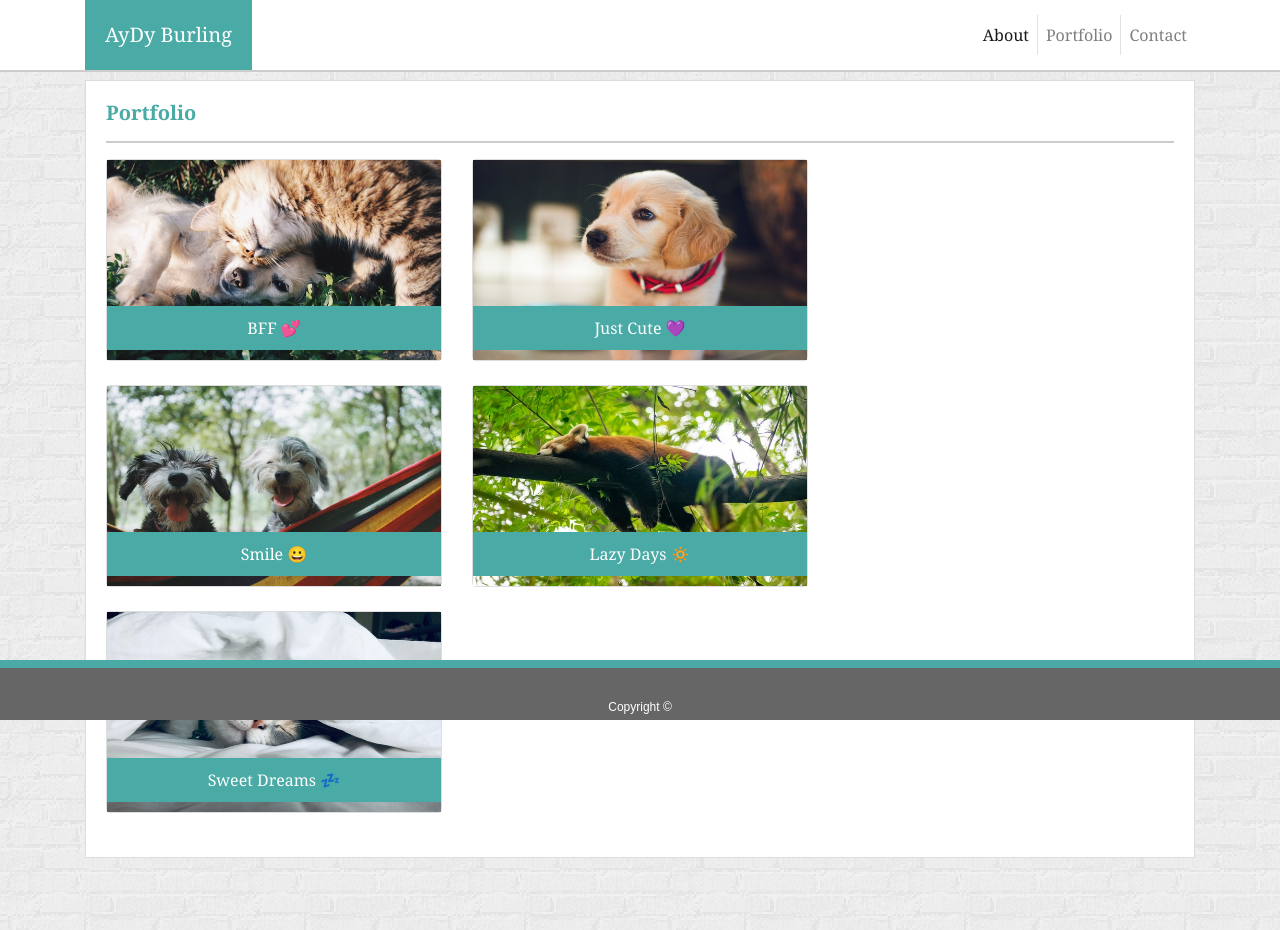
Repository: Dee1985/AyDy-Burling-prework
Page: Module-1_Assessment/portfolio.html
An editor plug-in stored every save of this project. The page is shown before and after the next save, followed by the edit.
The browser window is 1280 px wide. The pictures show the whole page.

Above is the page before, as saved 2020-05-22 23:02:28.

### Module-1_Assessment/portfolio.html
<!DOCTYPE html>
<html lang="en">
  <head>
    <meta charset="UTF-8" />
    <meta name="viewport" content="width=device-width, initial-scale=1.0" />
    <meta http-equiv="X-UA-Compatible" content="ie=edge" />
    <title>Portfolio</title>
    <link rel="stylesheet" href="assets/css/reset.css" />
    <link
      rel="stylesheet"
      href="https://stackpath.bootstrapcdn.com/bootstrap/4.3.1/css/bootstrap.min.css"
      integrity="sha384-ggOyR0iXCbMQv3Xipma34MD+dH/1fQ784/j6cY/iJTQUOhcWr7x9JvoRxT2MZw1T"
      crossorigin="anonymous"
    />
    <link rel="stylesheet" href="assets/css/style.css" />
  </head>
  <body>
    <nav class="navbar navbar-light navbar-expand-lg p-0 card-gallery ">
      <div class="container">
        <a href="# "class="navbar-brand text-white"
          >AyDy Burling</a>
          <button
              class="navbar-toggler"
              type="button"
              data-toggle="collapse"
              data-target="#navbarTogglerDemo02"
              aria-controls="navbarTogglerDemo02"
              aria-expanded="false"
              aria-label="Toggle navigation"
            >
              <span class="navbar-toggler-icon"></span>
            </button>
            <div class="collapse navbar-collapse" id="navbarTogglerDemo02">
              <ul class="navbar-nav ml-auto mt-2 mt-lg-0">
                <li class="nav-item active">
                  <a class="nav-link border-right" href="index.html">About</a>
                </li>
                <li class="nav-item">
                  <a class="nav-link border-right" href="#">Portfolio</a>
                </li>
                <li class="nav-item">
                  <a class="nav-link" href="contact.html" tabindex="-1">Contact</a>
                </li>
              </ul>
            </div>
          </nav>

    <section class="card-gallery">
      <div class="container">
        <div class="row">
          <div class="col mb-4 mt-2">
            <div class="card rounded-0 mb-5">
              <div class="card-body">
              <h5 class="card-title">Portfolio</h5>
              <hr />
              <!-- start of cards -->
            <div class="row justify-content-start">
              <!-- first card -->
                <div class="col-4 mb-4">
                            <div class="card text-white">
                                <img src="assets/img/krista-mangulsone-9gz3wfHr65U-unsplash.jpg" width="100%" height="200" alt="cat and dog cuddles">
                                <div class="card-heading text-center">
                                    BFF 💕
                                </div>
                            </div>
                        </div>
               <!-- second card -->
                <div class="col-4 mb-4">
                            <div class="card text-white">
                                <img src="assets/img/berkay-gumustekin-ngqyo2AYYnE-unsplash.jpg" width="100%" height="200" alt="puppy pic">
                                <div class="card-heading text-center">
                                    Just Cute 💜
                                </div>
                            </div>
                  </div>
            </div>
               <!-- third card -->
            <div class="row">
              <div class="col-4 mb-4">
                            <div class="card text-white">
                                <img src="assets/img/alvan-nee-FHl79chXS6s-unsplash.jpg" width="100%" height="200px" alt="two dogs smiling">
                                <div class="card-heading text-center">
                                    Smile 😀
                                </div>
                            </div>
                        </div>
               <!-- fourth card -->
                   <div class="col-4 mb-4">
                            <div class="card text-white">
                                <img src="assets/img/chris-curry-GYpsSWHslHA-unsplash.jpg" width="100%" height="200px" alt="animal sleeping on branch">
                                <div class="card-heading text-center">
                                    Lazy Days 🔅
                                </div>
                            </div>
                        </div>
                        </div>
               <!-- fifth card -->
               <div class="row justify-content-start">
                   <div class="col-4 mb-4">
                            <div class="card text-white">
                                <img src="assets/img/kate-stone-matheson-uy5t-CJuIK4-unsplash.jpg" width="100%" height="200px" alt="cat under a blanket">
                                <div class="card-heading text-center">
                                    Sweet Dreams 💤
                                </div>
                            </div>
                        </div>
                        </div>

            </div>
              </div>
            </div>
          </div>
        </div>
      </div>
    </section>
    <footer>
      <div class="fixed text-center text-white"> Copyright &copy;</div>
    </footer>

    <script
      src="https://code.jquery.com/jquery-3.3.1.slim.min.js"
      integrity="sha384-q8i/X+965DzO0rT7abK41JStQIAqVgRVzpbzo5smXKp4YfRvH+8abtTE1Pi6jizo"
      crossorigin="anonymous"
    ></script>
    <script
      src="https://cdnjs.cloudflare.com/ajax/libs/popper.js/1.14.7/umd/popper.min.js"
      integrity="sha384-UO2eT0CpHqdSJQ6hJty5KVphtPhzWj9WO1clHTMGa3JDZwrnQq4sF86dIHNDz0W1"
      crossorigin="anonymous"
    ></script>
    <script
      src="https://stackpath.bootstrapcdn.com/bootstrap/4.3.1/js/bootstrap.min.js"
      integrity="sha384-JjSmVgyd0p3pXB1rRibZUAYoIIy6OrQ6VrjIEaFf/nJGzIxFDsf4x0xIM+B07jRM"
      crossorigin="anonymous"
    ></script>
  </body>
</html>

### Module-1_Assessment/assets/css/style.css
* {
	box-sizing: border-box;
	margin: 0;
	padding: 0;
}

section {
	/* https://www.toptal.com/designers/subtlepatterns/?s=brick */
	background-image: url('../img/brickwall_@2X.png');
	background-position: center;
}

nav {
	font-family: Cambria, Cochin, Georgia, Times, 'Times New Roman', serif;
}

.btn {
	background-color: #4aaaa5;
	border-color: #4aaaa5;
}
.navbar {
	border-bottom: 2px solid #cccccc;
}
a.navbar-brand {
	background-color: #4aaaa5;
	padding: 20px;
	margin: 0;
}
hr {
	border-top: 2px solid;
	border-color: #cccccc;
}

.card {
	font-family: Arial, Helvetica, sans-serif;
	border-color: #dddddd;
	height: auto;
}
.card-title {
	font-size: 20px;
	color: #4aaaa5;
	font-family: Cambria, Cochin, Georgia, Times, 'Times New Roman', serif;
	font-weight: bold;
}
.card-heading {
	background-color: #4aaaa5;
	font-size: 16px;
	font-family: Cambria, Cochin, Georgia, Times, 'Times New Roman', serif;
	position: absolute;
	bottom: 5%;
	width: 100%;
	padding-top: 10px;
	padding-bottom: 10px;
}

footer {
	position: fixed;
	left: 0;
	bottom: 0;
	width: 100%;
	border-top: 8px solid #4aaaa5;
	background-color: #666666;
	color: #ffffff;
	font-family: Arial, 'Helvetica Neue', Helvetica, sans-serif;
	font-size: 12px;
	height: 60px;
	padding-top: 30px;
}

Loaded but not shown: Module-1_Assessment/assets/css/reset.css (common file)

After the next save:
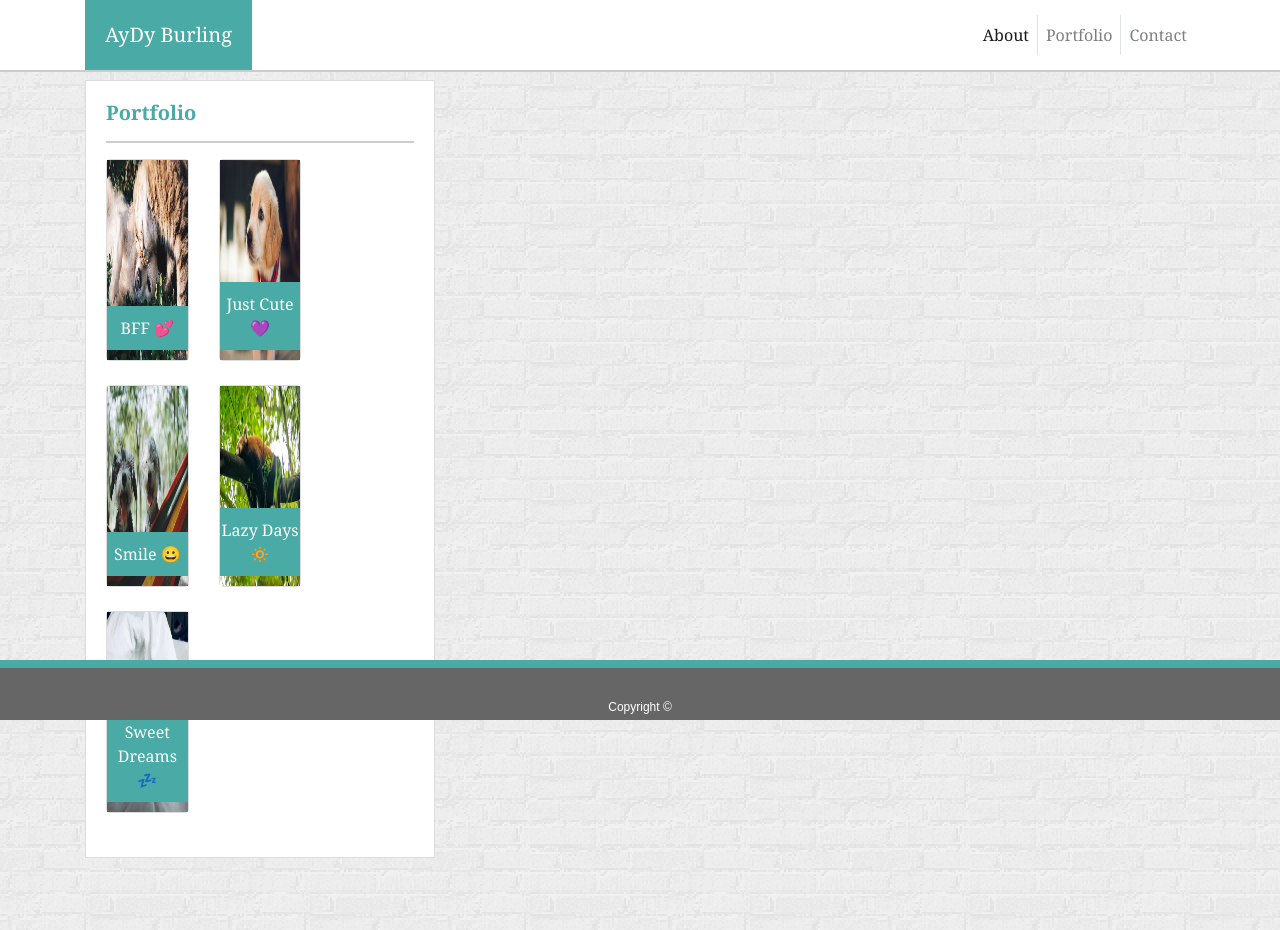
Saved 21 s later.
--- a/Module-1_Assessment/portfolio.html
+++ b/Module-1_Assessment/portfolio.html
@@ -48,7 +48,7 @@
     <section class="card-gallery">
       <div class="container">
         <div class="row">
-          <div class="col mb-4 mt-2">
+          <div class="col-4 mb-4 mt-2">
             <div class="card rounded-0 mb-5">
               <div class="card-body">
               <h5 class="card-title">Portfolio</h5>

After the save that followed:
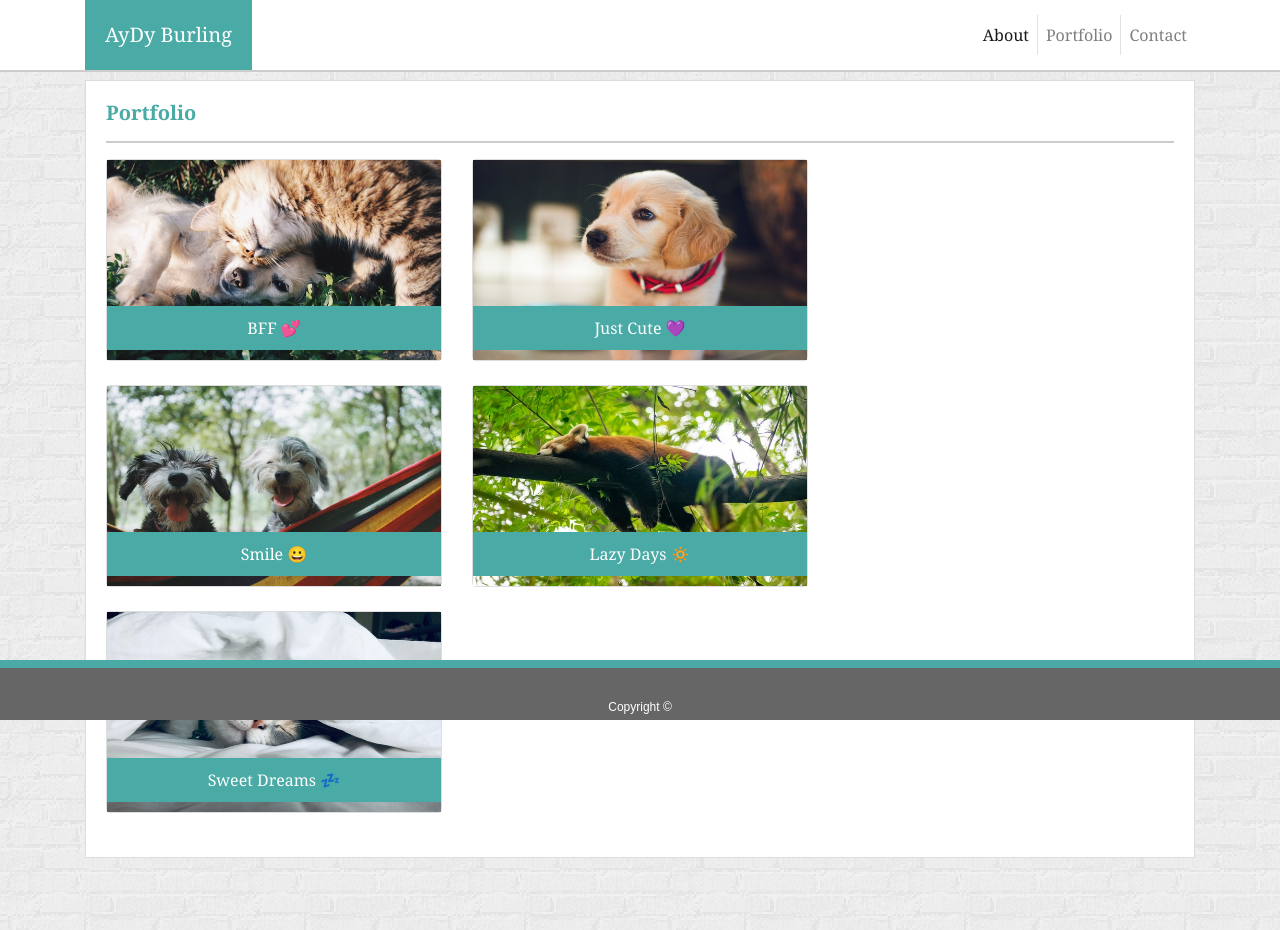
Saved 17 s later.
--- a/Module-1_Assessment/portfolio.html
+++ b/Module-1_Assessment/portfolio.html
@@ -48,7 +48,7 @@
     <section class="card-gallery">
       <div class="container">
         <div class="row">
-          <div class="col-4 mb-4 mt-2">
+          <div class="col mb-4 mt-2">
             <div class="card rounded-0 mb-5">
               <div class="card-body">
               <h5 class="card-title">Portfolio</h5>
